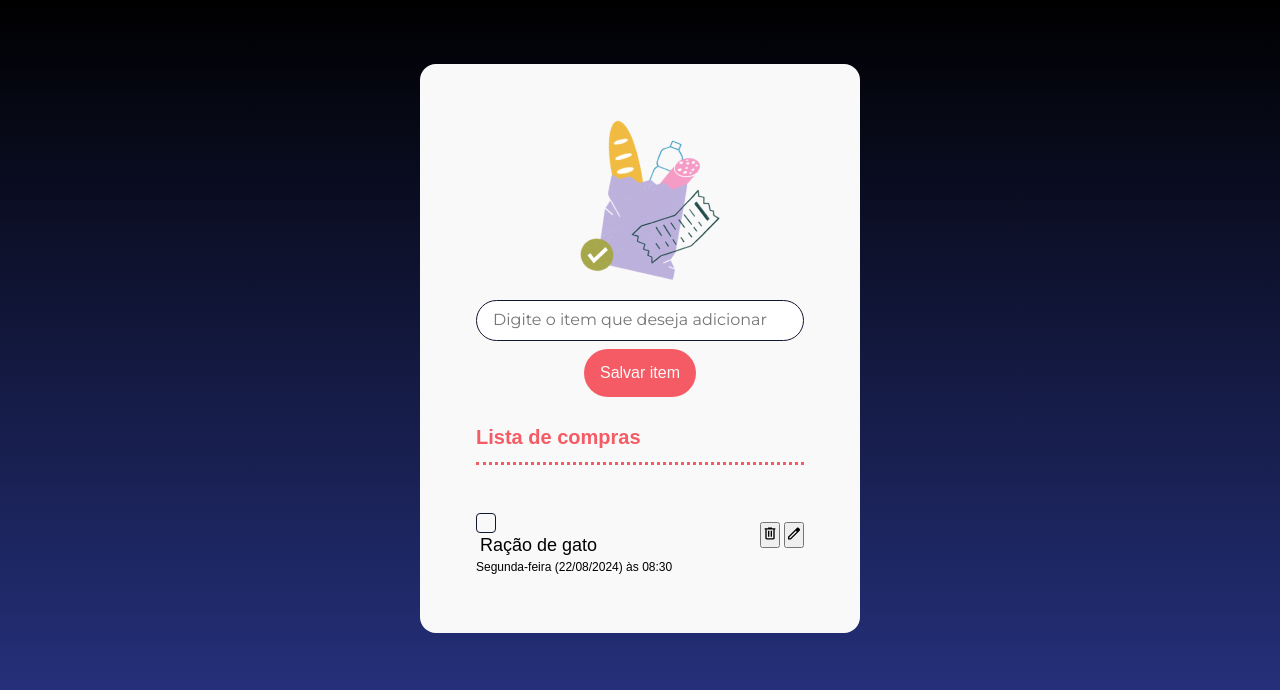
Repository: joaoPraiaJunior/compras_js
Page: index.html
These files come from the project's save history. The page is drawn as it stood at one moment and after the next save; the edit follows.
The browser window is 1280 px wide. The pictures show the whole page.
Some web fonts or font styles are not loaded; a fallback is used.

Above is the page before, as saved 2024-08-22 21:38:47.

### index.html
<!DOCTYPE html>
<html lang="pt-BR" dir="ltr">

<head>
    <meta charset="UTF-8">
    <meta name="viewport" content="width=device-width, initial-scale=1.0">
    <meta name="description" content="Lista de compras">
    <title>Lista de Compras</title>
    <link rel="preconnect" href="https://fonts.googleapis.com">
    <link rel="preconnect" href="https://fonts.gstatic.com" crossorigin>
    <link href="https://fonts.googleapis.com/css2?family=Krona+One&family=Montserrat&family=Numans&display=swap" rel="stylesheet">
    <link rel="stylesheet" href="./css/styles.css">
</head>

<body>
    <header>
        <img src="./img/bag.png" alt="sacola de compras">
    </header>
    <main>
        <form class="compras">
            <input class="compras__campo" type="text" name="compra" placeholder="Digite o item que deseja adicionar">
            <button class="compras__botao">Salvar item</button>
        </form>
        <h1>Lista de compras</h1>
        <hr>

        <ul class="lista">
            <li class="lista__item">
                <div class="lista__container">
                    <div class="lista__compra">
                        <div class="checkbox">
                            <div class="checkbox__customizado checked"></div>
                            <input class="checkbox__input" type="checkbox" name="produto" id="racao_de_gato">
                            <label for="racao_de_gato">Ração de gato</label>
                        </div>
                    </div>
                    <div>
                        <button><img src="./img/delete.svg" alt="Deletar"></button>
                        <button><img src="./img/edit.svg" alt="Editar"></button>
                    </div>
                </div>
                <p class="lista__data">Segunda-feira (<time datetime="2024-08-22">22/08/2024</time>) às <time>08:30</time></p>
            </li>
        </ul>
    </main>
</body>

</html>

### css/styles.css
* {
    box-sizing: border-box;
    margin: 0;
    padding: 0;
}

html {
    font-size: 62.5%;
}

:root {
    --cor-primaria: #F55B64;
    --cor-secundaria: #C2373F;
    --neutro: #F9F9F9;
    --preto: #131730;
    --fonte-titulo: "Krona One", sans-serif;
    --fonte-texto: 'Numans', sans-serif;
    --degrade-azul: linear-gradient(180deg, #000000 0%, #26327F 100%);
}

body {
    display: flex;
    flex-direction: column;
    align-items: center;
    background: var(--degrade-azul);
    background-repeat: no-repeat;
    font-size: 1.6rem;
    height: 100vh;
}

header {
    text-align: center;
    margin-top: 6.4rem;
    background-color: var(--neutro);
    border-radius: 1.6rem 1.6rem 0 0;
    padding: 5.6rem 5.6rem 1.6rem 5.6rem;
    width: 44.0rem;

}

main {
    display: flex;
    flex-direction: column;
    align-items: center;
    gap: 2.4rem;
    background-color: var(--neutro);
    border-radius: 0 0 1.6rem 1.6rem;
    padding: 0 5.6rem 5.6rem 5.6rem;
    width: 44.0rem;
}

h1 {
    align-self: flex-start;
    font-family: var(--fonte-titulo);
    font-size: 2.0rem;
    color: var(--cor-primaria);
    line-height: 3.3rem;
}

hr {
    border: none;
    border-bottom: .3rem dotted var(--cor-primaria);
    margin-bottom: 2.4rem;
    width: 100%;
}

hr:empty {
    margin-top: calc(1.6rem * -1);
}

p, label {
    font-family: var(--fonte-texto);
    font-size: 1.8rem;
    font-weight: 400;
    text-align: left;
    line-height: 2.4rem;
}


.compras {
    display: flex;
    flex-direction: column;
    gap: .8rem;
    width: 100%;
}

.compras__campo {
    border: .1rem solid var(--preto);
    border-radius: 2.4rem;
    padding: 1.2rem 1.6rem;
}

.compras__campo::placeholder {
    font-family: "Montserrat", sans-serif;
    font-size: 1.6rem;
    line-height: 1.9rem;
}

.compras__botao {
    align-self: center;
    font-family: var(--fonte-texto);
    font-size: 1.6rem;
    line-height: 2.4rem;
    color: var(--neutro);
    background-color: var(--cor-primaria);
    border: none;
    border-radius: 2.4rem;
    padding: 1.2rem 1.6rem;
    cursor: pointer;
}

.lista {
    list-style: none;
    width: 100%;
}

.lista__container {
    display: flex;
    align-items: center;
    justify-content: space-between;
}

.lista__compra {
    display: flex;
    align-items: center;
}

.lista__data {
    font-size: 1.2rem;
    line-height: 2.0rem;
}


.checkbox__input {
    opacity: 0;
    width: 0;
    height: 0;
}

.checkbox__customizado {
    background-color: var(--neutro);
    border: 1px solid var(--preto);
    border-radius: .4rem;
    width: 2.0rem;
    height: 2.0rem;
    cursor: pointer
}

After the next save:
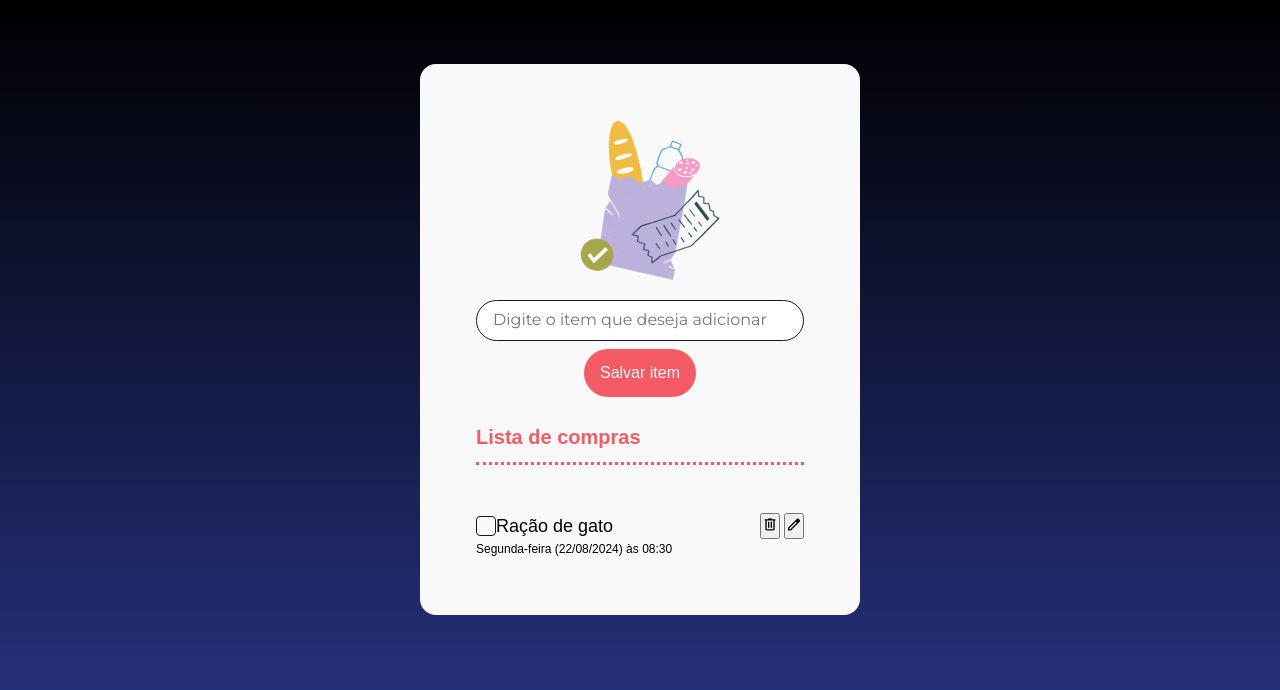
Saved 20 s later.
--- a/css/styles.css
+++ b/css/styles.css
@@ -130,7 +130,10 @@ p, label {
     line-height: 2.0rem;
 }
 
-
+.checkbox {
+    display: flex;
+    align-items: center;
+}
 .checkbox__input {
     opacity: 0;
     width: 0;
